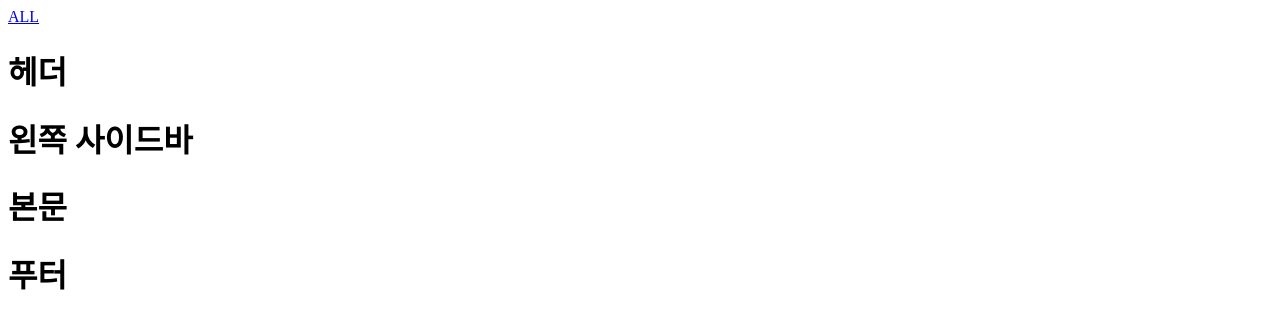
Repository: itkezi/HTML_2022_505
Page: Web/WebContent/style/layout1.html
An editor plug-in stored every save of this project. The page is shown before and after the next save, followed by the edit.
The browser window is 1280 px wide. The pictures show the whole page.

Above is the page before, as saved 2022-03-29 04:03:46.

After the next save:
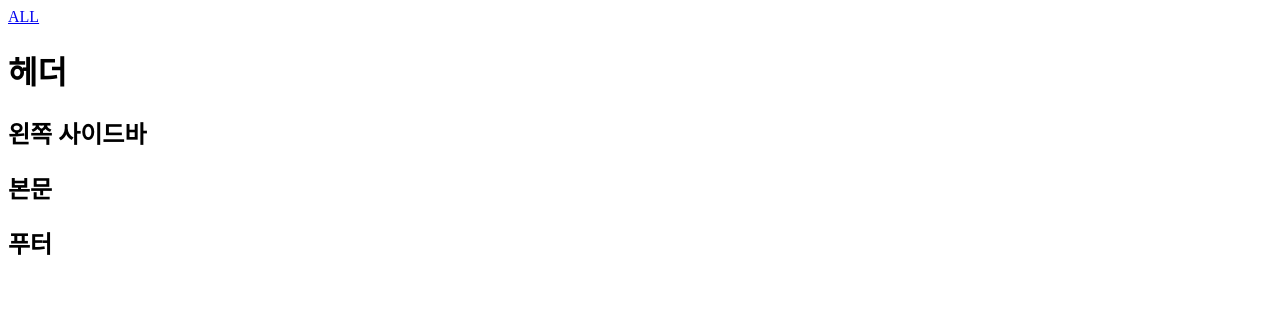
Saved 47 s later.
--- a/Web/WebContent/style/layout1.html
+++ b/Web/WebContent/style/layout1.html
@@ -14,13 +14,13 @@
 	<h1>헤더</h1>
 </div>
 <div id ='side'>
-	<h1>왼쪽 사이드바</h1>
+	<h2>왼쪽 사이드바</h2>
 </div>
 <div id ='content'>
-	<h1>본문</h1>
+	<h2>본문</h2>
 </div>
 <div id ='footer'>
-	<h1>푸터</h1>
+	<h2>푸터</h2>
 </div>
 
 
